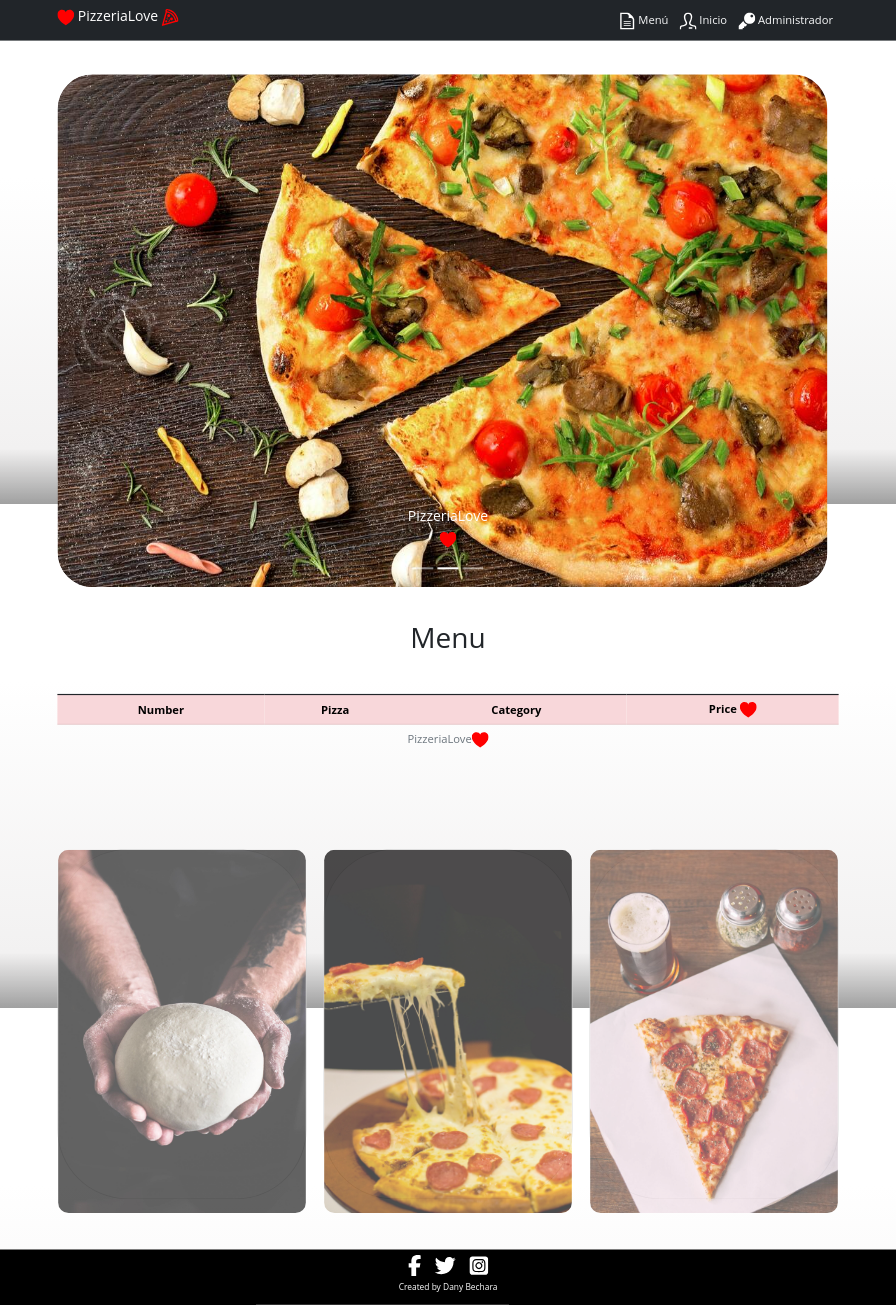
Repository: bechara611/PizzeriaLove
Page: /
The author's editor kept a copy of each file at every save. The page is drawn from the files as they stood at one save, then again after the next save.
The browser window is 1280 px wide. The pictures show the whole page, at 70% of full size.
The page's requests for data from a server got no answer. Backgrounds fixed to the window are drawn as part of the page. The project was rebuilt for these pictures with package versions that can differ from the ones it lists, and the page was loaded fresh each time. No one was signed in, and anything a server would have sent is missing. Also part of the build but not shown: src/App.css, src/App.js, src/Componentes/FormularioAgregarMenu.css, src/Elementos/Alerta.js, src/Elementos/AlertaRed.js, src/Componentes/FormularioAgregarMenu.js.

Above is the page before, as saved 2022-02-25 22:38:37.

### src/index.js
import React,{useState} from 'react';
import ReactDOM from 'react-dom';
import './index.css';
import 'bootstrap/dist/css/bootstrap.css'
import 'bootstrap/dist/js/bootstrap.bundle.min';
import Header from './Componentes/Header';
import {BrowserRouter,Route, Routes,NavLink} from 'react-router-dom'
import {App,App2} from './App';
import WebFont from 'webfontloader'
import './index.css'
import Carousel from './Componentes/Carousel';
import Menu from './Componentes/Menu';
import Footer from './Componentes/Footer';
import { FormularioAgregarMenu } from './Componentes/FormularioAgregarMenu';
import Galeria from './Componentes/Galeria';

WebFont.load({
  google: {
    families: ['Open Sans:400,500,700', 'Sans-serif']
  }
});

const Index = () => {
  const [administrador,cambiaradministrador]=useState(false);
  const [admin,cambiaradmin]=useState('');
  return (
  <BrowserRouter>
     <Header administrador={administrador} cambiaradministrador={cambiaradministrador} cambiaradmin={cambiaradmin} admin={admin}></Header>
   {admin==='admin' ? <h2 className='my-5 tittle text-dark text-center'>ADMIN</h2>:<></>}
     <Carousel></Carousel>

    <Routes>
    <Route path='/' element={<Menu borrar={false} />} ></Route>
    <Route path='/administrador' element={<FormularioAgregarMenu />} ></Route>
    <Route path='/inicio' element={<Menu borrar={false} />} ></Route>
    </Routes>


    <Footer></Footer>
    </BrowserRouter>
    );
}


ReactDOM.render(

  <Index />,
  document.getElementById('root')
);

### src/index.css
* {
  margin: 0;
  font-family:'Open Sans';
  /* Permalink - use to edit and share this gradient: https://colorzilla.com/gradient-editor/#ffffff+0,ffffff+100&1+0,0+100;White+to+Transparent */



}


body
{
  background: rgb(255,255,255);
  background: linear-gradient(180deg, rgba(255,255,255,1) 0%, rgba(255,255,255,1) 35%, rgba(242,241,241,1) 89%, rgba(10,10,10,0.38699229691876746) 100%);

  background-attachment:fixed;
}

### src/Componentes/Header.js
import {NavLink} from 'react-router-dom'
import styled from 'styled-components';
import { BotonTipoNavLink,BotonTipoNavLinkA } from '../Elementos/BotonTipoNavLink';
import {Pizza2,Administrador2,Inicio2,Menu2,Contacto2,Heart2}from '../Elementos/ImagenesSVG';
import {App,App2} from './../App';
import './Header.css'


const Header = ({cambiaradministrador,administrador,cambiaradmin}) => {
    let url1,urladmin;
    url1="/inicio";
    urladmin='/administrador'
      return (
        <>

        <nav className="navbar navbar-expand-sm navbar-dark bg-dark  header_nav">
        <div className="container contenedor1 ">
        <div className='hijo1_header'>
         <BotonTipoNavLink to={url1} className="navbar-brand"> <Heart2 / > PizzeriaLove <Pizza2></Pizza2></BotonTipoNavLink>



        </div>
      <div className='hijo2_header'>
        <button
        className="navbar-toggler mt-2"
        type="button"
        data-bs-toggle="collapse"
        data-bs-target="#menu"
        aria-controls="menu"
        aria-expanded="false"
        aria-label="Mostrar / Ocultar Menu"
      >
        <span className="navbar-toggler-icon"></span>
      </button>

      <div className="collapse navbar-collapse" id="menu">
      <ul className="navbar-nav me-auto mb-2 mb-lg-0 header_menu">
      <li className="nav-item opcion"><a href="#menuu" className="nav-link text-light  opcion" onClick={()=>{cambiaradmin('usuario')}}><Menu2></Menu2> Menú</a></li>
        <li className="nav-item"><BotonTipoNavLinkA to={url1} className="nav-link text-light" onClick={()=>{cambiaradmin('usuario')}}><Inicio2/> Inicio</BotonTipoNavLinkA></li>
        <li className="nav-item"><BotonTipoNavLink to={urladmin} className="nav-link text-light" onClick={()=>{cambiaradmin('admin')}}> <Administrador2 /> Administrador</BotonTipoNavLink></li>
      </ul>

    </div>
    </div>
        </div>

      </nav>

      </>
       );
    }

    export default Header;

### src/Componentes/Carousel.js
import { Heart2 } from '../Elementos/ImagenesSVG'
import imagen1 from './../Imagenes/carousel1.jpg'
import imagen2 from './../Imagenes/carousel2.jpg'
import imagen3 from './../Imagenes/carousel3.jpg'
import './Carousel.css'
const Carousel = () => {
    return (

        <>
<section className="main">
  <div className="container">
    <div className="row mt-5">
      <div className="col">
        <div className="carousel slide carousel-fade" id="mi-carousel" data-bs-ride="carousel">
          <div className="carousel-inner">
            <div className="carousel-item active">
            <div className="carousel-caption">
            <h5>PizzeriaLove</h5>
            <p><Heart2></Heart2></p>
          </div>
              <img className="img-fluid" src={imagen1} alt='' />
            </div>

            <div className="carousel-item" data-bs-interval="5000">
              <div className="carousel-caption">
                <h5>PizzeriaLove</h5>
                <p><Heart2></Heart2></p>
              </div>
              <img className="img-fluid" src={imagen2}  alt=''/>
            </div>
            <div className="carousel-item">
            <div className="carousel-caption">
            <h5>PizzeriaLove</h5>
            <p><Heart2></Heart2></p>
          </div>
            <img className="img-fluid" src={imagen3} alt='' />
            </div>
          </div>



          <button
            className="carousel-control-prev botonprev"
            type="button"
            data-bs-target="#mi-carousel"
            data-bs-slide="prev"
          >
            <span className="carousel-control-prev-icon  icono" aria-hidden="true"></span>
            <span className="visually-hidden">Prev</span>
          </button>
          <button
            className="carousel-control-next"
            type="button"
            data-bs-target="#mi-carousel"
            data-bs-slide="next"
          >
            <span className="carousel-control-next-icon icono" aria-hidden="true"></span>
            <span className="visually-hidden">Next</span>
          </button>




          <div className="carousel-indicators">
            <button
              type="button"
              className="active"
              data-bs-target="#mi-carousel"
              data-bs-slide-to="0"
              aria-label="Slide 1"
            ></button>
            <button
              type="button"
              className=""
              data-bs-target="#mi-carousel"
              data-bs-slide-to="1"
              aria-label="Slide 2"
            ></button>
            <button
              type="button"
              className=""
              data-bs-target="#mi-carousel"
              data-bs-slide-to="2"
              aria-label="Slide 3"
            ></button>
          </div>
        </div>
      </div>
    </div>
  </div>

</section>


        </>
     );
}

export default Carousel;

### src/Componentes/Menu.js
import React from 'react'
import { Heart2, Trash2 } from '../Elementos/ImagenesSVG';
import { db } from '../Firebase/FirebaseConfig';
import './Menu.css'
import useObtenerMenu from '../Hooks/useObtenerMenu';
import BorrarDocumento from '../Firebase/Borrar';
import Galeria from './Galeria';

const Menu = ({borrar}) => {
   const [platos,cambiarplatos]=useObtenerMenu();


    return (
        <>
        <div className="container contenedor-tabla">
        <div className="row my-5">

        <div className="col titulo">
        {borrar===true ?   <h1 className=''>Admin, you can delete a plate here:</h1> :    <h1 className=''>Menu</h1>}

        </div>
        </div>
            <div className="row my-5">

             <div className="table-responsive " id='menuu'>
            <table className="table table-hover table" >
            <caption className='captionMenu'>PizzeriaLove<Heart2></Heart2></caption>
             <thead>
             <tr className={borrar===true?'table-success' : 'table-danger'}>
             <th>Number</th>
             <th>Pizza</th>
             <th>Category </th>
             <th>Price <Heart2></Heart2> </th>
             </tr>
             </thead>
             <tbody>
             {
                 platos.map((plato,index)=>{
                     return <React.Fragment key={index}>
                     <tr onClick={()=>{


                     }} >
                     <td>{index +1}</td>
                     <td>{plato.plato}</td>
                     <td>{plato.categorias}</td>
                     {borrar===true ?    <td>{plato.precio}$  <Trash2 onClick={()=>{
                        if (borrar===true) {
                            BorrarDocumento(plato.id)
                         }
                     }}></Trash2> </td> : <td>{plato.precio}</td> }

                     </tr>
                     </React.Fragment>
                 })
             }
             </tbody>
             </table>
            </div>


            </div>
        </div>
        <Galeria></Galeria>
        </>

        )

}

export  default Menu;

### src/Componentes/Footer.js
import styled from "styled-components";
import './Footer.css'
import { FontAwesomeIcon } from '@fortawesome/react-fontawesome'
import { faCoffee } from '@fortawesome/free-solid-svg-icons'
import {  faFacebookF,faInstagramSquare,faTwitter } from '@fortawesome/free-brands-svg-icons';
import useObtenerMenu from "../Hooks/useObtenerMenu";


const Footer = () => {
    let face='https://www.facebook.com';
    let insta='https://www.instagram.com';
    let twitter='https://www.twitter.com';
    let nuevaPestana="_blank"

    return (
        <>
        <div className="container-fluid " >
        <div className="row fila">
        <footer className="col-12 footer">
        <a href={face} target={nuevaPestana} className='face'><FontAwesomeIcon icon={faFacebookF}/></a>
        <a href={twitter} target={nuevaPestana} className='twitter'><FontAwesomeIcon icon={faTwitter}/></a>
        <a href={insta} target={nuevaPestana} className='instagram'><FontAwesomeIcon icon={faInstagramSquare}/></a>

        </footer>
        <p className="col-12">Created by Dany Bechara</p>
        </div>
        </div>
        </>
     );
}

export default Footer;

### src/Componentes/Galeria.js
import React from 'react';
import './Galeria.css'
import  Pizza1 from './../Imagenes/Pizza1.jpg'
import  Pizza2 from './../Imagenes/Pizza2.jpg'
import  Pizza3 from './../Imagenes/Pizza3.jpg'
import  Pizza4 from './../Imagenes/Pizza4.jpg'
import  Pizza5 from './../Imagenes/Pizza5.jpg'
import  Pizza6 from './../Imagenes/Pizza6.jpg'
import  Pizza7 from './../Imagenes/Pizza7.jpg'
import  Pizza8 from './../Imagenes/Pizza8.jpg'
import {ReactComponent as Menu} from './../Imagenes/Menu.svg'
const Galeria = () => {
    return (

        <>
        <div className="container   py-5">
    <div className="row my-4 ">
        <div className="col-lg-4">
            <div className="card cardcita">
           < img src={Pizza5} alt="" className=" cardcitaImagen"></img>
            </div>
        </div>
        <div className="col-lg-4">
            <div className="card cardcita">
           < img src={Pizza2} alt="" className="cardcitaImagen"></img>
            </div>
        </div>
        <div className="col-lg-4">
            <div className="card cardcita">
           < img src={Pizza8} alt="" className="cardcitaImagen colores"></img>
            </div>
        </div>
    </div>


        </div>
        </>
     );
}

export default Galeria;

### src/Elementos/BotonTipoNavLink.js
import styled from "styled-components"
import { NavLink } from "react-router-dom"
    const BotonTipoNavLink = styled(NavLink)`
    &:hover
    {
      text-decoration: underline;
      color: black;
    }
    `

    const BotonTipoNavLinkA=styled(BotonTipoNavLink)`
    text-decoration: none;
      color: black;
      cursor:pointer;
    `
    export {BotonTipoNavLink,BotonTipoNavLinkA}

### src/Elementos/ImagenesSVG.js
import styledComponents from 'styled-components';
import {ReactComponent as Pizza} from './../Imagenes/Pizza.svg'
import {ReactComponent as Inicio} from './../Imagenes/Inicio.svg'
import {ReactComponent as Menu} from './../Imagenes/Menu.svg'
import {ReactComponent as Administrador} from './../Imagenes/Administrador.svg'
import {ReactComponent as Contacto} from './../Imagenes/Contacto.svg'
import {ReactComponent as Heart} from './../Imagenes/Heart.svg'
import {ReactComponent as Trash} from './../Imagenes/Trash.svg'
const Pizza2 = styledComponents(Pizza)`
font-size:10px;
z-index: 1;
color:white;
fill:red;

`;
const Inicio2 = styledComponents(Inicio)`
font-size:10px;
z-index: 1;
color:white;
fill:white;

`;
const Menu2 = styledComponents(Menu)`
font-size:10px;
z-index: 1;
color:white;
fill:white;

`;
const Administrador2 = styledComponents(Administrador)`
font-size:10px;
z-index: 1;
color:white;
fill:white;

`;

const Contacto2 = styledComponents(Contacto)`
font-size:10px;
z-index: 1;
color:white;
fill:white;

`;

const Heart2 = styledComponents(Heart)`
font-size:10px;
z-index: 1;
color:white;
fill:red;

`;

const Trash2=styledComponents(Trash)`
fill:blue;
cursor:pointer;
`

export {Pizza2,Administrador2,Inicio2,Menu2, Contacto2,Heart2,Trash2}

### src/Componentes/Header.css

*{
   box-sizing: border-box;
   margin: 0;
   padding: 0;


}
.header_nav2
{
    /* margin-top: -8px; */
    background: -moz-linear-gradient(top,  rgba(211,126,128,1) 0%, rgba(146,171,207,0) 76%, rgba(134,179,222,0) 90%, rgba(125,185,232,0) 100%); /* FF3.6-15 */
background: -webkit-linear-gradient(top,  rgba(211,126,128,1) 0%,rgba(146,171,207,0) 76%,rgba(134,179,222,0) 90%,rgba(125,185,232,0) 100%); /* Chrome10-25,Safari5.1-6 */
background: linear-gradient(to bottom,  rgba(211,126,128,1) 0%,rgba(146,171,207,0) 76%,rgba(134,179,222,0) 90%,rgba(125,185,232,0) 100%); /* W3C, IE10+, FF16+, Chrome26+, Opera12+, Safari7+ */
filter: progid:DXImageTransform.Microsoft.gradient( startColorstr='#d37e80', endColorstr='#007db9e8',GradientType=0 ); /* IE6-9 */


}
body
{
    /* background: url(./../Imagenes/textura.png);
	background-repeat: repeat;
	background-attachment: fixed; */
}

.nav
{


}

.contenedor12
{

    /* min-height: 300px;  */
}

.hijo1_header
{
    align-self: start;
    /* margin-top: 2%; */

}
.hijo2_header
{
    /* margin-top: 2%; */
    align-self: start;
}
.header_menu
{

}

.opcion
{
text-decoration: dotted;
display: inline-block;
opacity: 1;

}



.opcion:hover
{
    text-decoration: underline;
}

.opcion:link
{
color: green;
}

### src/Componentes/Carousel.css
.carousel-inner{border-radius: 50px;}
.carousel-item{border-radius: 50px;}
.img-fluid{border-radius: 50px;}
.icono {
    height: 100px;
    width: 100px;

      /*shape border*/
      border: 5px solid white;
      border-radius: 50%; /*zero for square */
      opacity: 0.3;
      /*symbol */
      color: BLACK;



}
.icono:hover{opacity: 1;}

### src/Firebase/FirebaseConfig.js
import { initializeApp } from "firebase/app";
import { getAnalytics } from "firebase/analytics";
import { getFirestore } from "firebase/firestore";
import { getAuth, createUserWithEmailAndPassword } from "firebase/auth";

const firebaseConfig2 = {
    apiKey: "AIzaSyDhYuWK_8Uy4S-BtkFmFfityIjQnt4M3Is",
    authDomain: "pizzerialove-00.firebaseapp.com",
    projectId: "pizzerialove-00",
    storageBucket: "pizzerialove-00.appspot.com",
    messagingSenderId: "356504995914",
    appId: "1:356504995914:web:c5fee404edbf5f32affeb3",
    measurementId: "G-CK1N9HMEKD"
  };


    const firebaseConfig = {
      apiKey:process.env.REACT_APP_FIREBASE_API_KEY,
      authDomain:process.env.REACT_APP_FIREBASE_AUTH_DOMAIN,
      projectId:process.env.REACT_APP_FIREBASE_PROJECT_ID,
      storageBucket:process.env.REACT_APP_FIREBASE_STORAGE_BUCKET,
      messagingSenderId:process.env.REACT_APP_FIREBASE_MESSAGING_SENDER_ID,
      appId:process.env.REACT_APP_FIREBASE_APP_ID,
      measurementId:process.env.REACT_APP_FIREBASE_MEASUREMENT_ID
    };



// Initialize Firebase
const app = initializeApp(firebaseConfig);
const analytics = getAnalytics(app);
const db= getFirestore();
const auth=getAuth();

export {app,analytics,db,auth};

### src/Componentes/Menu.css
.captionMenu
{
    text-align: center;
}

.titulo{text-align: center;}

td{text-align: center;}
th{text-align: center;}

.basurita{background: black;}

.table-responsive{




    }

### src/Hooks/useObtenerMenu.js
import React,{useEffect,useState} from 'react'
import { db } from '../Firebase/FirebaseConfig';
import { collection,onSnapshot } from 'firebase/firestore';

const useObtenerMenu = () => {
    const [platos,cambiarplatos]=useState([{}])
    useEffect(()=>{

            const FuncionObtenerMenu=onSnapshot(collection(db,'menu'), (snapShot)=>{

               let vectormenu=snapShot.docs.map((documento)=>{
                  // console.log(documento.id)
                    return {...documento.data(),id:documento.id}
                })
              //  console.log(vectormenu);
              cambiarplatos([{}])
                cambiarplatos(vectormenu)
            })




            return FuncionObtenerMenu;
          },[])
          return [platos,cambiarplatos]
}

export default useObtenerMenu;

### src/Firebase/Borrar.js
import { db,app } from './FirebaseConfig'
import {doc,deleteDoc, } from 'firebase/firestore'
const BorrarDocumento =async (id) => {
  try {
  await deleteDoc(doc(db,'menu',id));

   } catch (error) {
    console.log(error)
   }

}

export default BorrarDocumento;

### src/Componentes/Footer.css
.footer
{
    display: flex;
    flex-direction: row;
    justify-content: center;

}
.fila
{
    display: flex;
    justify-content: center;
    text-align: center;
    background: black;
    font-size: 12px;
}
.fila p
{

color: white;
}
.footer a{
    text-decoration: none;
font-size: 30px;
display: inline-block;
color: white;
margin: 0 10px;
}
.face:hover{color: blue;}
.twitter:hover{color: lightblue;}
.instagram:hover{color:#fcaf45}

### src/Componentes/Galeria.css
.cardcita{
   border-radius: 100px;
   max-height: 500px;
   min-height: 500px;


}

.cardcitaImagen
{
    border-radius: 15px;
    max-height: 500px;
   min-height: 500px;
   opacity: .7;
   animation-name: colores;
   animation-duration: 5s;
   animation-iteration-count: infinite;

}
.cardcitaImagen:hover{opacity: 1;}

@keyframes colores
{
/*from{background: #9EB3C2;}
to{background:#21295C ;}*/
0%{min-height: 510px;}
25%{min-height: 520px;}
50%{min-height: 530px;}
75%{min-height: 540px;}
100%{min-height: 560px;}
}

Loaded but not shown: public/index.html (common file)

After the next save:
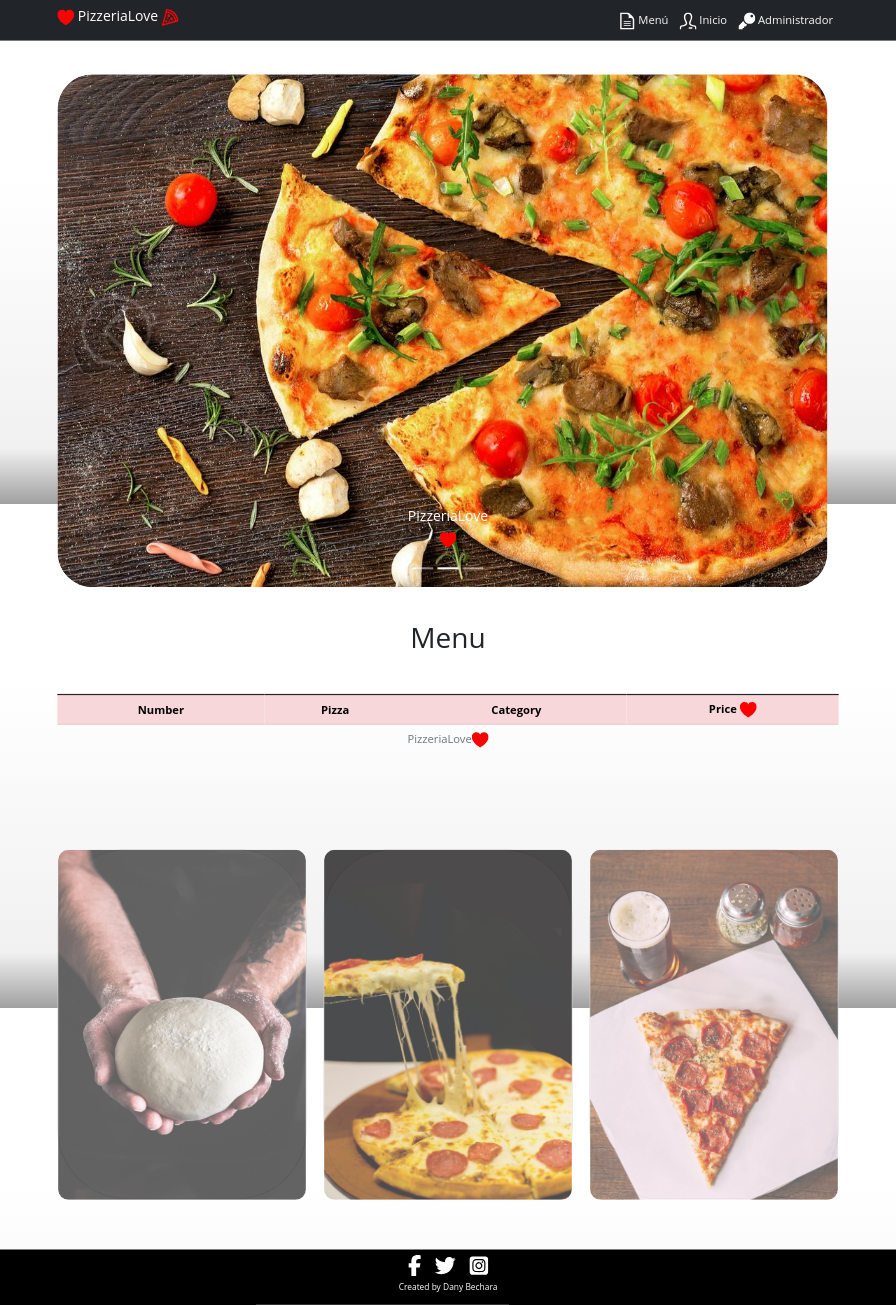
Saved 40 s later.
--- a/src/Componentes/Galeria.css
+++ b/src/Componentes/Galeria.css
@@ -13,7 +13,7 @@
    min-height: 500px;
    opacity: .7;
    animation-name: colores;
-   animation-duration: 5s;
+
    animation-iteration-count: infinite;
 
 }
